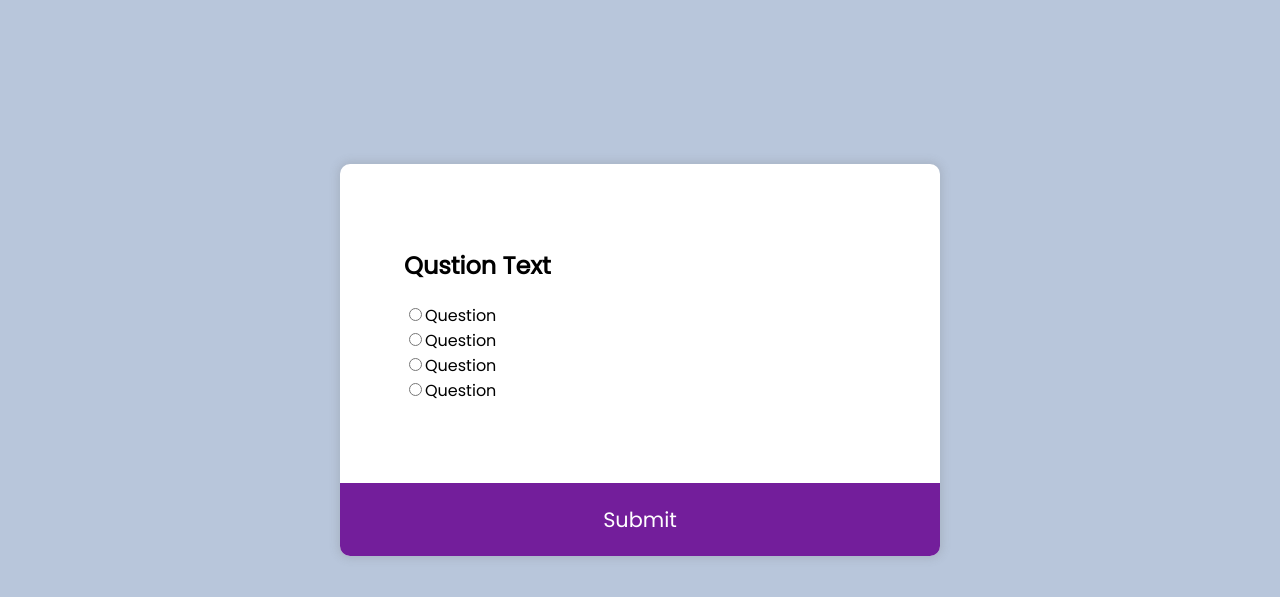
Repository: Abhi2359/Intermediate-projects
Page: Quiz App/index.html
An editor plug-in stored every save of this project. The page is shown before and after a run of saves, followed by the edit.
The browser window is 1280 px wide. The pictures show the whole page.
The pointer rests on the first visible `button`.

Above is the page before, as saved 2023-01-31 14:18:52.

### Quiz App/index.html
<!DOCTYPE html>
<html lang="en">
  <head>
    <meta charset="UTF-8" />
    <meta http-equiv="X-UA-Compatible" content="IE=edge" />
    <meta name="viewport" content="width=device-width, initial-scale=1.0" />
    <title>Quiz App</title>
    <link rel="stylesheet" href="style.css">
  </head>
  <body>
    <div class="quiz-container">
      <div class="quiz-header">

        <h2 >Qustion Text</h2>
        <ul>
          <li>
            <input type="radio" name="answer" id="a" /><label for="a"
              >Question</label
            >
          </li>
          <li>
            <input type="radio" name="answer" id="b" /><label for="b"
              >Question</label
            >
          </li>
          <li>
            <input type="radio" name="answer" id="c" /><label for="c"
              >Question</label
            >
          </li>
          <li>
            <input type="radio" name="answer" id="d" /><label for="d"
              >Question</label
            >
          </li>
        </ul>
      </div>
      <button>Submit</button>
    </div>
  </body>
</html>

### Quiz App/style.css
@import url("https://fonts.googleapis.com/css2?family=Poppins&family=Roboto:wght@300;500;700;900&display=swap");

* {
  box-sizing: border-box;
}

body {
  font-family: "Poppins", sans-serif;
  margin: 0;
 background-color: #b8c6db;
 background-image: linear-gradient(315deg,#b8c6db 0% #f5f7fa 74%);
 min-height: 100vh;
 display: flex;
 align-items: center;
 justify-content: center;
}

.quiz-container{
  background-color: #fff ;
  width: 600px;
  border-radius: 10px;
  box-shadow: 0 0 10px 2px rgb(100,100,100,0.2);
  overflow: hidden;




}
 .quiz-header{
   padding: 4rem;
 }

 ul{
  list-style-type: none;
  padding: 0;

 }

 button{
  background-color: #8e44ad;
  display: block;
  width: 100%;
  font-size: 1.3rem;
  color: white;
  font-family: inherit;
  border: none;
  padding: 1.3rem;

 }

 button:hover{
  background-color: #731e9b;
 }

After the next 2 saves:
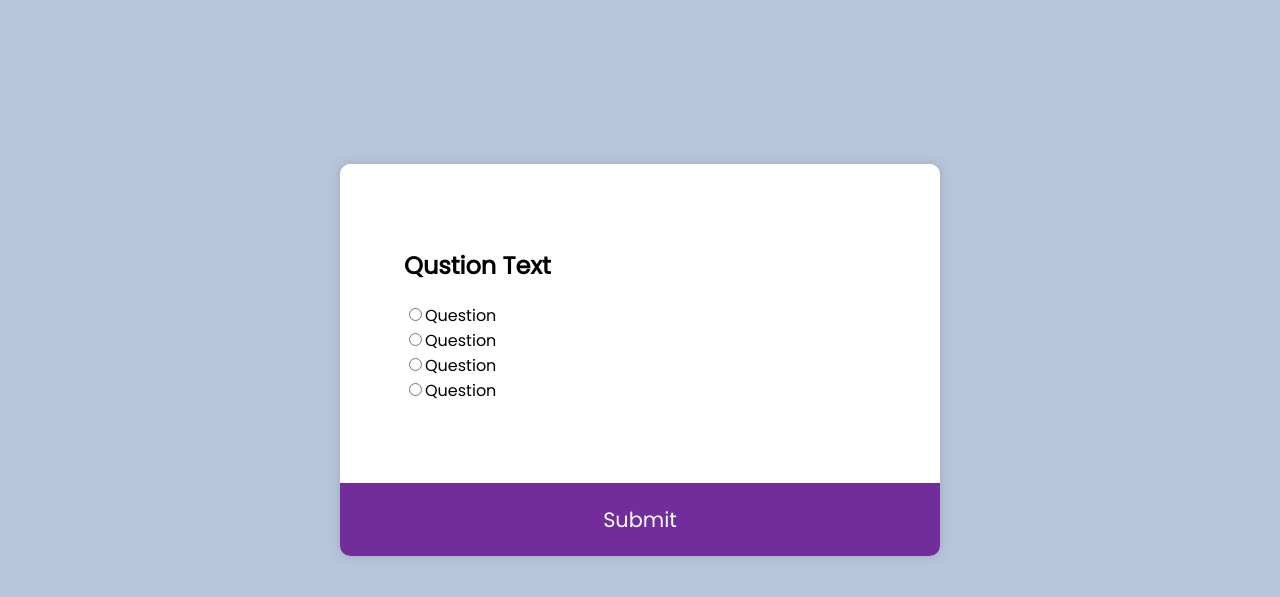
The 2 saves are shown as one change because they came seconds apart.
The last was saved 8 s later.
--- a/Quiz App/style.css
+++ b/Quiz App/style.css
@@ -49,5 +49,5 @@ body {
  }
 
  button:hover{
-  background-color: #731e9b;
+  background-color: #732d9b;
  }
